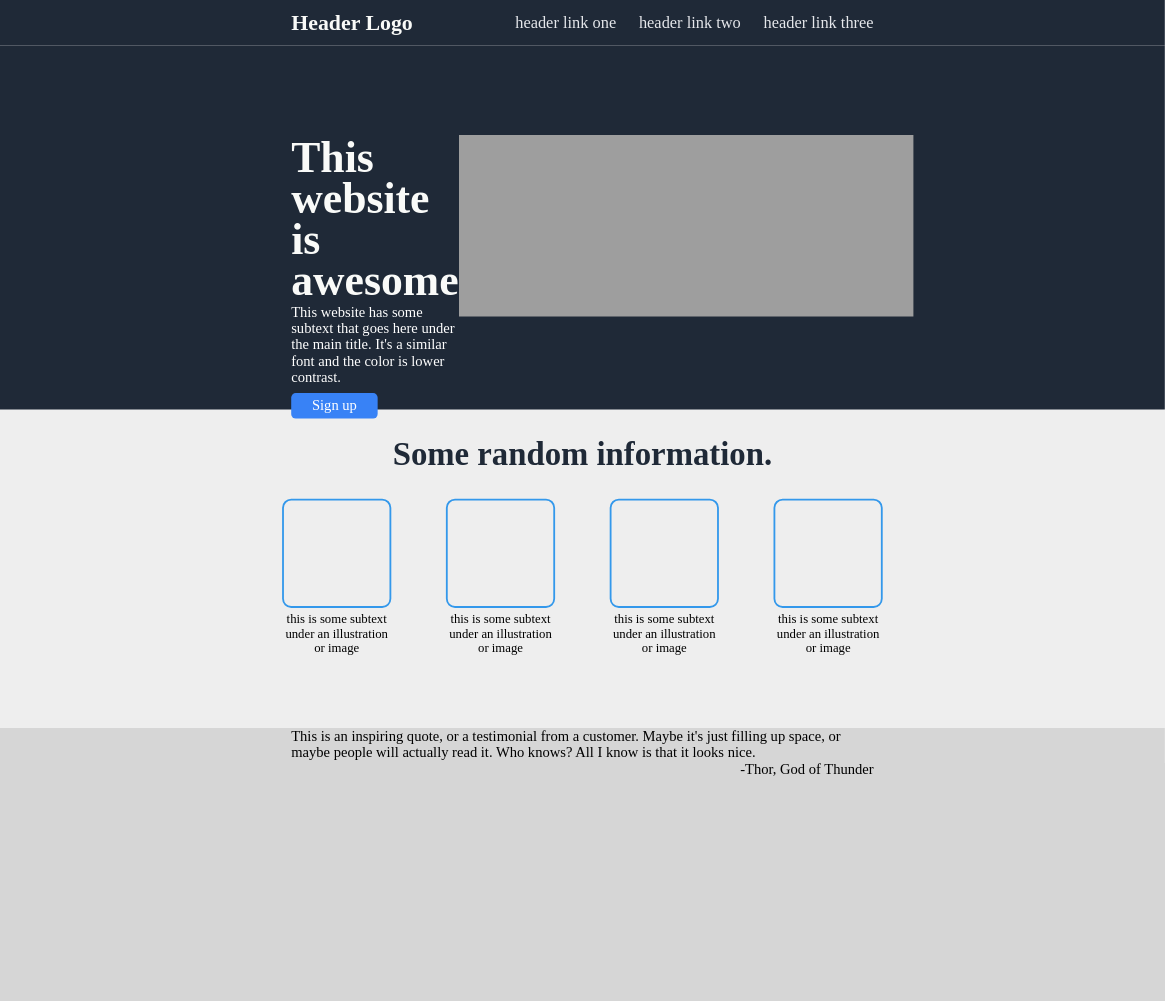
Repository: Pafestivo/Dummy-Landing-Page
Page: index.html
An editor plug-in stored every save of this project. The page is shown before and after the next save, followed by the edit.
The browser window is 1280 px wide. The pictures show the whole page, at 91% of full size.
Pictures or frames that could not be fetched are drawn as grey boxes.

Above is the page before, as saved 2022-09-26 19:17:43.

### index.html
<!DOCTYPE html>
<html lang="en">
<head>
    <meta charset="UTF-8">
    <meta name="viewport" content="width=device-width, initial-scale=1.0">
    <link rel="stylesheet" href="styles.css">
    <title>Landing Page</title>
</head>
<body>
    <header>
        <div class="container">
            <h1>Header Logo</h1>
            <nav>
                <a href="#">header link one</a>
                <a href="#">header link two</a>
                <a href="#">header link three</a>
            </nav>
        </div> <!-- /container-->
    </header>
    <main>
        <section class="first">
            <div class="container">

                <div class="right">
                    <h1>This website is awesome</h1>
                    <p>This website has some subtext that goes here under the main title. It's a similar font and the color is lower contrast.</p>
                    <a href="#">Sign up</a>
                </div> <!-- /right -->

                <div class="left">
                    <img src="images/office.jpg" alt="Office desk photo" />
                </div> <!-- /left -->

            </div> <!-- /container-->
        </section> <!-- /first -->

        <section class="second">
            <div class="container">

                <h1>Some random information.</h1>
                <div class="boxes">
                    <div class="info">
                        <div class="box"></div>
                        <div class="box-info">
                            <p>this is some subtext under an illustration or image</p>
                        </div> <!-- /box-info -->
                    </div> <!-- /info -->

                    <div class="info">
                        <div class="box"></div>
                        <div class="box-info">
                            <p>this is some subtext under an illustration or image</p>
                        </div> <!-- /box-info -->
                    </div> <!-- /info -->

                    <div class="info">
                        <div class="box"></div>
                        <div class="box-info">
                            <p>this is some subtext under an illustration or image</p>
                        </div> <!-- /box-info -->
                    </div> <!-- /info -->

                    <div class="info">
                        <div class="box"></div>
                        <div class="box-info">
                            <p>this is some subtext under an illustration or image</p>
                        </div> <!-- /box-info -->
                    </div> <!-- /info -->

                </div> <!-- /boxes-->
            </div> <!-- /container-->
        </section> <!-- /second -->

        <section class="third">
            <div class="container">
                <p>This is an inspiring quote, or a testimonial from a customer. Maybe it's just filling up space, or maybe people will actually read it. Who knows? All I know is that it looks nice.</p>
                <p class="quote-owner">-Thor, God of Thunder</p>
            </div> <!-- /container-->
        </section> <!-- /third -->

        <section class="fourth">
            <div class="container">

            </div> <!-- /container-->
        </section> <!-- /fourth -->

        <footer>

        </footer>
    </main>
</body>
</html>

### styles.css
* {
  padding: 0;
  margin: 0;
  box-sizing: border-box;
}

body {
  font-family: serif;
  background-color: #eee;
}

.container {
  width: 50vw;
  margin: 0 auto;
}

a {
  text-decoration: none;
  color: inherit;
}

/* header bar */
header {
  display: flex;
  align-items: center;
  background-color: #1F2937;
  color: #fff;
  height: 50px;
}

header h1 {
  font-size: 24px;
  color: #F9FAF8;
}

header .container {
  display: flex;
  justify-content: space-between;
}

header nav {
  display: flex;
  align-items: center;
  gap: 25px;
}

header a {
  font-size: 18px;
  color: #E5E7EB;
}
/* End header bar  */

/* First section  */
.first {
  background-color: #1F2937;
  height: 400px;
  color: #fff;
}

.first .container {
  display: flex;
  align-items: center;
  justify-content: space-between;
  height: 100%;
}

.right {
  display: flex;
  flex-direction: column;
  gap: 4px;
  height: 200px;
  width: 40%;
}

.right h1 {
  font-size: 48px;
  font-weight: extra-bold;
  color: #F9FAF8;
  line-height: 45px;
}

right p {
  font-size: 18px;
  color: #E5E7EB;
}

.first img {
  width: 500px;
  height: 200px;
}

.first a {
  background-color: #3882F6;
  width: 95px;
  padding: 5px;
  border-radius: 5px;
  margin-top: 4px;
  text-align: center;

}
/* End first section  */

/* Second section */
.second {
  height: 350px;
}

.second h1 {
  text-align: center;
  font-size: 36px;
  font-weight: extra-bold;
  color: #1F2937;
  padding: 28px 0 28px 0;
}

.boxes {
  display: flex;
  justify-content: center;
  gap: 60px;
}

.box {
  width: 120px;
  height: 120px;
  border: 2px solid hsl(207, 82%, 56%);
  border-radius: 10px;
}

.box-info {
  margin-top: 5px;
  width: 120px;
  font-size: 14px;
  text-align: center;
}
/* End second section  */

/* Third section  */
.third {
  background-color: #d6d6d6;
  height: 300px;
}

.third .container {
  display: flex;
  flex-direction: column;
}

.third p {

}

.third .quote-owner {
  align-self: flex-end;
}
/* End third section  */

After the next save:
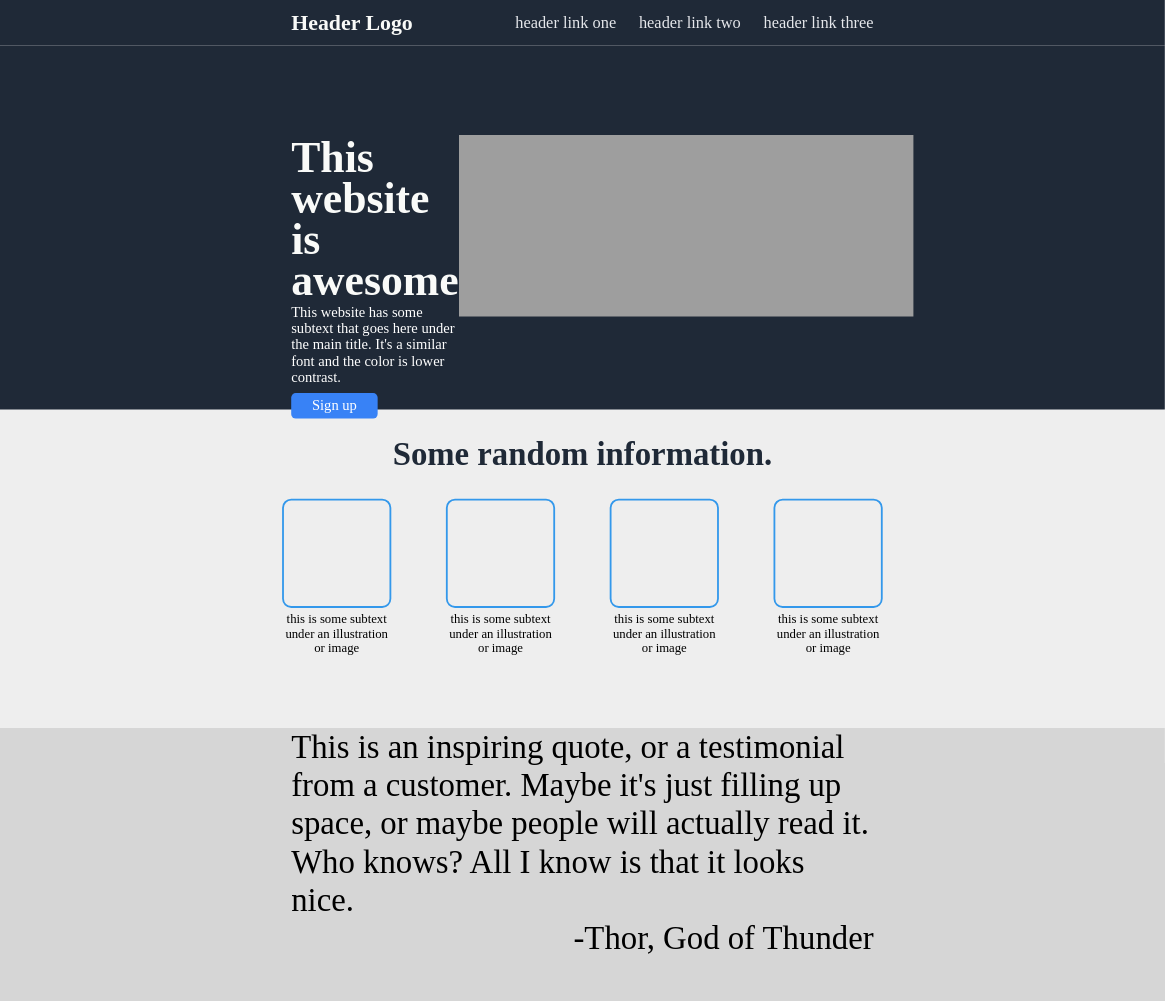
Saved 46 s later.
--- a/styles.css
+++ b/styles.css
@@ -146,7 +146,8 @@ right p {
 }
 
 .third p {
-
+  font-size: 36px;
+  font-style: light italic;
 }
 
 .third .quote-owner {
